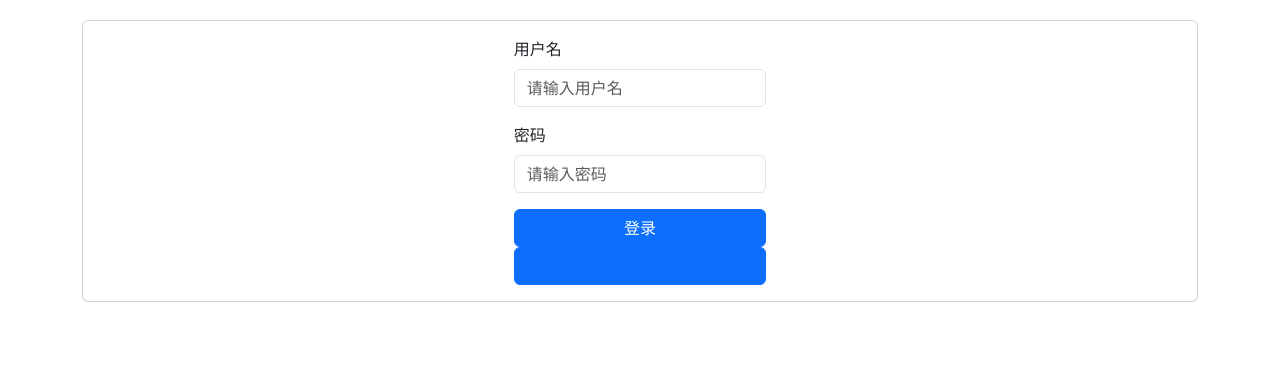
Repository: squawktop/CFS
Page: / (app in web/)
The author's editor kept a copy of each file at every save. The page is drawn from the files as they stood at one save, then again after a run of saves.
The browser window is 1280 px wide. The pictures show the whole page.
The project was rebuilt for these pictures with package versions that can differ from the ones it lists, and the page was loaded fresh each time. Also part of the build but not shown: web/vue.config.js, web/src/views/RegisterView.vue, web/src/components/NavBar.vue, web/src/views/HomeView.vue, web/src/views/UsersManageView.vue, web/src/views/PersonalCenterView.vue, web/src/views/GoodsManageView.vue, web/src/views/OrdersManageView.vue and 1 more.

Above is the page before, as saved 2024-03-23 16:16:55.

### web/src/App.vue
<template>
  <RouterView></RouterView>
</template>

<script>


// 导入bootstrap
import "bootstrap/dist/css/bootstrap.min.css"
import "bootstrap/dist/js/bootstrap"
// import { ref } from "vue";

// import $ from 'jquery';
export default {
  components: {

  }
  ,
  setup() {
    // const user_id = ref("");
    // const username = ref("");
    // const password = ref("");

    // $.ajax({
    //   type: "get",
    //   url: "http://127.0.0.1:3000/user/getlist",
    //   success(resp) {
    //     user_id.value = resp[0].id;
    //     username.value = resp[0].username;
    //     password.value = resp[0].password;

    //   },
    //   error() {
    //     this.user_id = "error"
    //   }
    // })




    return {

    }
  }

}

</script>

<style></style>

### web/src/router/index.js
import { createRouter, createWebHistory } from 'vue-router'
// import HomeView from '../views/HomeView.vue'
import LoginView from '../views/LoginView.vue'
import RegisterView from '../views/RegisterView.vue'
import HomeView from '../views/HomeView.vue'
import UsersManageView from '../views/UsersManageView.vue'
import PersonalCenterView from '../views/PersonalCenterView.vue'
import GoodsManageView from '../views/GoodsManageView.vue'
import OrdersManageView from '../views/OrdersManageView.vue'
import NotFound from '../views/NotFoundView.vue'
import store from '@/store/index'

const routes = [
  {
    path: '/',
    name: 'home',
    component: HomeView,
    // redirect: "/user/register",
    meta: { //该页面是否需要授权      //随便写， 也可以设置为   flag : true;
      requestAuth: true,
    }
  },

  {
    path: '/user/login',
    name: 'user_login',
    component: LoginView,
    meta: {
      requestAuth: false,
    }
  },

  {
    path: '/user/register',
    name: 'user_register',
    component: RegisterView,
    meta: { //该页面是否需要授权
      requestAuth: false,
    }
  },
  {
    path: '/user/personalcenter',
    name: 'personal_center',
    component: PersonalCenterView,
    meta: { //该页面是否需要授权
      requestAuth: true,
    }
  },

  {
    path: '/user/usermanage',
    name: 'user_manage',
    component: UsersManageView,
    meta: { //该页面是否需要授权
      requestAuth: true,
    }
  }
  ,
  {
    path: '/goods/manege',
    name: 'goods_manage',
    component: GoodsManageView,
    meta: { //该页面是否需要授权
      requestAuth: true,
    }
  }, {
    path: '/orders/manege',
    name: 'orders_manage',
    component: OrdersManageView,
    meta: { //该页面是否需要授权
      requestAuth: true,
    }
  },


  {
    path: "/404/",
    name: "404",
    component: NotFound
  },
  {
    path: "/:catchAll(.*)",
    redirect: "/404/",  //页面重定向到404
  }
]

const router = createRouter({
  history: createWebHistory(),
  routes
})

router.beforeEach((to, from, next) => {
  if (to.meta.requestAuth && !store.state.user.is_login) {
    next({ name: "user_login" });
  } else {
    next();
  }
})

export default router

### web/src/store/index.js
import { createStore } from 'vuex'
import ModuleUser from '@/store/user'

export default createStore({
  state: {
  },
  getters: {
  },
  mutations: {
  },
  actions: {
  },
  modules: {
    user: ModuleUser,
  }
})

### web/src/views/LoginView.vue
<template>
    <ContentField v-if="!$store.state.user.pulling_info">
        <div class="row justify-content-md-center">
            <div class="col-3">
                <form @submit.prevent="login">
                    <div class="mb-3">
                        <label for="username" class="form-label">用户名</label>
                        <input v-model="username" type="text" class="form-control" id="username" placeholder="请输入用户名" />
                    </div>
                    <div class="mb-3">
                        <label for="password" class="form-label">密码</label>
                        <input v-model="password" type="password" class="form-control" id="password"
                            placeholder="请输入密码" />
                    </div>
                    <div class="error-message">{{ error_message }} </div>
                    <button type="submit" class="btn btn-primary">登录</button>

                    <button type="button" class="btn btn-primary"><router-link
                            :to="{ name: 'user_register' }">注册</router-link></button>

                </form>
            </div>
        </div>
    </ContentField>

</template>

<script>
import ContentField from "@/components/ContentField.vue";
import { useStore } from "vuex"
import { ref } from "vue"
import router from "@/router/index";

export default {
    components: {
        ContentField,
    },
    setup() {
        const store = useStore();
        let username = ref('');
        let password = ref('');
        let error_message = ref('');


        const jwt_token = localStorage.getItem("jwt_token");
        if (jwt_token) {
            store.commit("updateToken", jwt_token);
            store.dispatch("getinfo", {
                success() {
                    router.push({ name: "home" });
                    store.commit("updatePullingInfo", false);
                }, error() {
                    store.commit("updatePullingInfo", false);
                }
            })
        } else {
            store.commit("updatePullingInfo", false);
        }




        const login = () => {
            error_message.value = "";
            store.dispatch("login", {
                username: username.value,
                password: password.value,
                success() {
                    store.dispatch("getinfo", {
                        success() {
                            router.push({ name: 'home' });
                        }
                    })

                },
                error() {
                    error_message.value = "用户名或密码错误";
                }
            })
        }

        return {
            username,
            password,
            error_message,
            login,

        }
    }
};
</script>

<style scoped>
button {
    width: 100%;
}

div.error-message {
    color: red;
}
</style>

### web/src/store/user.js
import router from '@/router';
import $ from 'jquery'
export default {
    state: {
        id: "",
        username: "",
        photo: "",
        token: "",
        is_login: false,
        pulling_info: true,
    },
    getters: {
    },
    mutations: {        //一般是用来修改数据的
        updateUser(state, user) {
            state.id = user.id;
            state.username = user.username;
            state.photo = user.photo;
            state.is_login = user.is_login;
        },
        updateToken(state, token) {
            state.token = token;
        },
        logout(state) {
            state.id = "";
            state.username = "";
            state.photo = "";
            state.token = "";
            state.is_login = false;
            router.push({ name: "user_login" });
        },
        updatePullingInfo(state, pulling_info) {
            state.pulling_info = pulling_info;
        },
    },

    actions: {

        login(context, data) {
            $.ajax({
                url: "http://127.0.0.1:3000/api/user/account/token/",
                type: "post",
                data: {
                    username: data.username,
                    password: data.password,
                },
                success(resp) {
                    if (resp.error_message === "success") {
                        localStorage.setItem("jwt_token", resp.token);
                        context.commit("updateToken", resp.token);
                        data.success(resp);
                    } else {
                        data.error(resp);
                    }
                },
                error(resp) {
                    data.error(resp)
                },
            });
        },
        getinfo(context, data) {
            $.ajax({
                url: "http://127.0.0.1:3000/api/user/account/info/",
                type: "get",
                headers: {
                    Authorization:
                        "Bearer " + context.state.token,
                },
                success(resp) {
                    if (resp.error_message === "success") {
                        // console.log(resp);
                        context.commit("updateUser", {
                            ...resp,
                            is_login: true,

                        });
                        data.success(resp);
                    } else {
                        data.success(resp);
                    }

                },
                error(resp) {
                    data.error(resp);
                },
            });

        },
        logout(context) {
            localStorage.removeItem("jwt_token");
            context.commit("logout")
        }
    },
    modules: {
    }
}

### web/src/components/ContentField.vue
<template>
    <div class="container content-field">
        <div class="card">
            <div class="card-body">
                <slot></slot>
            </div>
        </div>
    </div>
</template>

<script>
</script>

<style scoped>
div.content-field {
    margin-top: 20px;
}
</style>

Loaded but not shown: web/public/index.html (common file); web/src/main.js (common file)

After the next 2 saves:
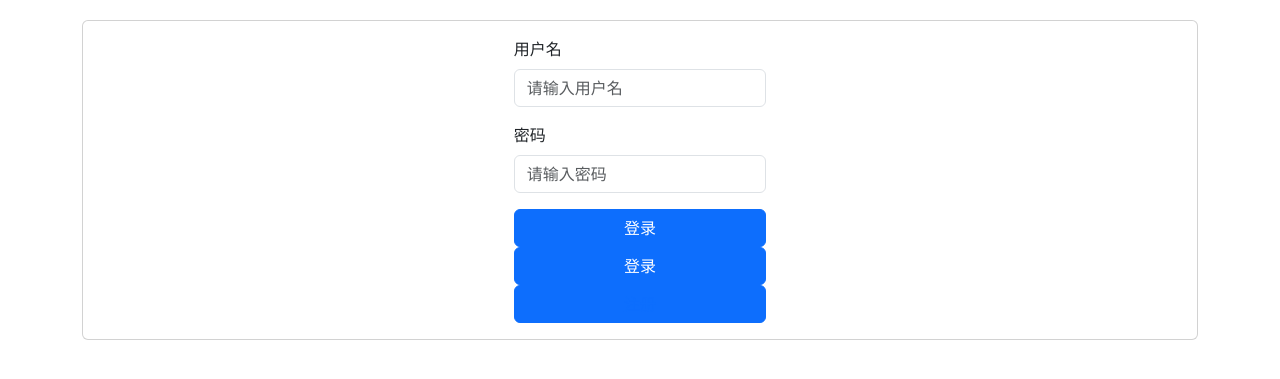
The 2 saves are shown as one change because they came seconds apart.
The last was saved 45 s later.
--- a/web/src/views/LoginView.vue
+++ b/web/src/views/LoginView.vue
@@ -14,7 +14,7 @@
                     </div>
                     <div class="error-message">{{ error_message }} </div>
                     <button type="submit" class="btn btn-primary">登录</button>
-
+                    <button type="button" class="btn btn-primary">登录</button>
                     <button type="button" class="btn btn-primary"><router-link
                             :to="{ name: 'user_register' }">注册</router-link></button>
 
